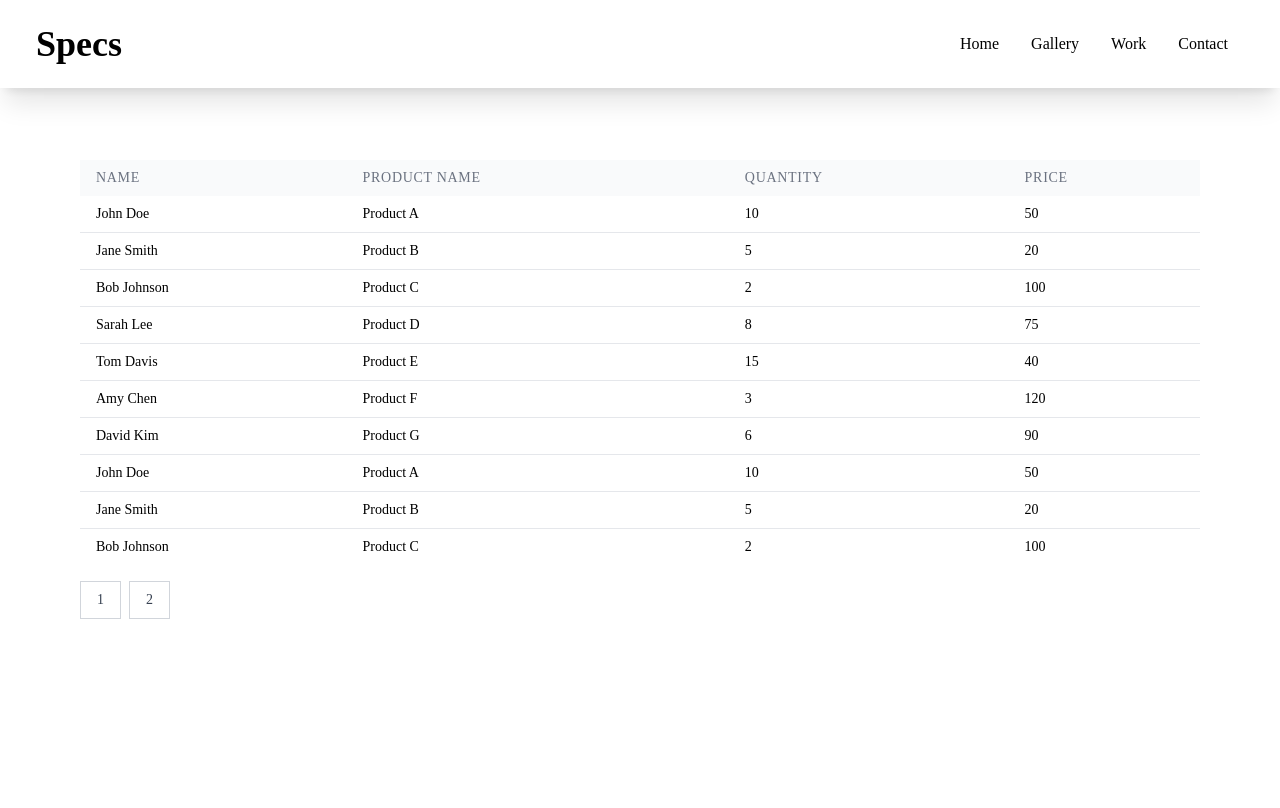
Repository: rushit163/frames-ecommerce
Page: /
The author's editor kept a copy of each file at every save. The page is drawn from the files as they stood at one save, then again after the next save.
The browser window is 1280 px wide. The pictures show the whole page.
The project was rebuilt for these pictures with package versions that can differ from the ones it lists, and the page was loaded fresh each time. The framework's server and built-in components were replaced by stand-ins that run in the browser. Also part of the build but not shown: next.config.js.

Above is the page before, as saved 2023-05-06 07:21:24.

### pages/index.tsx
import Image from 'next/image'
import { Inter } from 'next/font/google';
import Admin_homePage from './Admin_homePage';
const inter = Inter({ subsets: ['latin'] })

export default function Home() {
  return (

      <Admin_homePage/>

  )
}

### styles/globals.css
@tailwind base;
@tailwind components;
@tailwind utilities;

@import url("https://fonts.googleapis.com/css2?family=Playfair+Display:ital,wght@0,400;0,500;0,600;0,700;0,800;0,900;1,400;1,500;1,600;1,700;1,800;1,900&display=swap");

.swiper {
  width: 700px;
  height: 500px;
}

### pages/Admin_homePage.tsx
import Navbar from '@/components/Navbar_Admin';
import React from 'react';
import { useState } from 'react';

const products = [
    {
      id: 1,
      name: 'John Doe',
      productName: 'Product A',
      quantity: 10,
      price: 50.0
    },
    {
      id: 2,
      name: 'Jane Smith',
      productName: 'Product B',
      quantity: 5,
      price: 20.0
    },
    {
      id: 3,
      name: 'Bob Johnson',
      productName: 'Product C',
      quantity: 2,
      price: 100.0
    },
    {
      id: 4,
      name: 'Sarah Lee',
      productName: 'Product D',
      quantity: 8,
      price: 75.0
    },
    {
      id: 5,
      name: 'Tom Davis',
      productName: 'Product E',
      quantity: 15,
      price: 40.0
    },
    {
      id: 6,
      name: 'Amy Chen',
      productName: 'Product F',
      quantity: 3,
      price: 120.0
    },
    {
      id: 7,
      name: 'David Kim',
      productName: 'Product G',
      quantity: 6,
      price: 90.0
    },
    {
      id: 8,
      name: 'John Doe',
      productName: 'Product A',
      quantity: 10,
      price: 50.0
    },
    {
      id: 9,
      name: 'Jane Smith',
      productName: 'Product B',
      quantity: 5,
      price: 20.0
    },
    {
      id: 10,
      name: 'Bob Johnson',
      productName: 'Product C',
      quantity: 2,
      price: 100.0
    },
    {
      id: 11,
      name: 'Sarah Lee',
      productName: 'Product D',
      quantity: 8,
      price: 75.0
    },
    {
      id: 12,
      name: 'Tom Davis',
      productName: 'Product E',
      quantity: 15,
      price: 40.0
    },
    {
      id: 13,
      name: 'Amy Chen',
      productName: 'Product F',
      quantity: 3,
      price: 120.0
    },
    {
      id: 14,
      name: 'David Kim',
      productName: 'Product G',
      quantity: 6,
      price: 90.0
    }
  ];


  const Admin_homePage = () => {
    const [currentPage, setCurrentPage] = useState(1);
    const [itemsPerPage, setItemsPerPage] = useState(10);

    // Logic to get current items
    const indexOfLastItem = currentPage * itemsPerPage;
    const indexOfFirstItem = indexOfLastItem - itemsPerPage;
    const currentItems = products.slice(indexOfFirstItem, indexOfLastItem);

    // Logic to paginate
    const pageNumbers = [];
    for (let i = 1; i <= Math.ceil(products.length / itemsPerPage); i++) {
      pageNumbers.push(i);
    }

    const tableHeight = `${currentItems.length * 8}rem`; // adjust this value to fit your table row height

    const renderPageNumbers = pageNumbers.map(number => {
      return (
        <li
          key={number}
          className={`relative inline-flex items-center px-4 py-2 border border-gray-300 bg-white text-sm font-medium text-gray-700 hover:bg-gray-50 ${currentPage === number ? 'bg-gray-200' : ''}`}
          onClick={() => setCurrentPage(number)}
        >
          {number}
        </li>
      );
    });

    return (
      <>
        <Navbar />
        <div className="flex items-center justify-center h-screen md:pl-20 md:pr-20">
          <div className="w-full h-[80vh] text-sm">
            <table className={`w-full ${tableHeight}`}>
              <thead className="bg-gray-50">
                <tr>
                  <th
                    scope="col"
                    className="px-4 py-2 text-left font-medium text-gray-500 uppercase tracking-wider"
                  >
                    Name
                  </th>
                  <th
                    scope="col"
                    className="px-4 py-2 text-left font-medium text-gray-500 uppercase tracking-wider"
                  >
                    Product Name
                  </th>
                  <th
                    scope="col"
                    className="px-4 py-2 text-left font-medium text-gray-500 uppercase tracking-wider"
                  >
                    Quantity
                  </th>
                  <th
                    scope="col"
                    className="px-4 py-2 text-left font-medium text-gray-500 uppercase tracking-wider"
                  >
                    Price
                  </th>
                </tr>
              </thead>
              <tbody className="bg-white divide-y divide-gray-200">
                {currentItems.length === 0 ? (
                  <tr>
                    <td colSpan="5" className="text-center p-4">
                      <h1>No items present in the table</h1>
                    </td>
                  </tr>
                ) : (
                  currentItems.map((product) => (
                    <tr key={product.id} className="hover:bg-gray-100">
                      <td className="px-4 py-2 whitespace-nowrap">{product.name}</td>
                      <td className="px-4 py-2 whitespace-nowrap">{product.productName}</td>
                      <td className="px-4 py-2 whitespace-nowrap">{product.quantity}</td>
                      <td className="px-4 py-2 whitespace-nowrap">{product.price}</td>
                    </tr>
                  ))
                )}
              </tbody>
            </table>
            <ul className="flex space-x-2 mt-4">{renderPageNumbers}</ul>
          </div>
        </div>
      </>
    );
  };

export default Admin_homePage;

### components/Navbar_Admin.tsx
import Link from 'next/link';
import React, { useState } from 'react';


const Navbar = () => {
  const [nav, setNav] = useState(false);

  const handleNav = () => {
    setNav(!nav);
  };


  return (
    <div className='sticky bg-primary left-0 top-0 w-full ease-in duration-300 shadow-xl'>
      <div className='max-w-[1240px] m-auto flex justify-between items-center p-4 text-black'>
        <Link href='/'>
          <h1  className='font-bold text-4xl'>
            Specs
          </h1>
        </Link>
        <ul className='hidden sm:flex'>
        <li className='p-4'>
            <Link href='/'>Home</Link>
          </li>
          <li className='p-4'>
            <Link href='/#gallery'>Gallery</Link>
          </li>
          <li className='p-4'>
            <Link href='/work'>Work</Link>
          </li>
          <li className='p-4'>
            <Link href='/contact'>Contact</Link>
          </li>
        </ul>

        {/* Mobile Button */}
        <div onClick={handleNav} className='block sm:hidden z-10 cursor-pointer'>
          {nav ? (
            <div>
                <svg xmlns="http://www.w3.org/2000/svg" fill="none" viewBox="0 0 24 24" strokeWidth={1.5} stroke="currentColor" className="w-6 h-6">
                <path strokeLinecap="round" strokeLinejoin="round" d="M6 18L18 6M6 6l12 12" />
                </svg>

            </div>
          ) : (
            <div >
                <svg xmlns="http://www.w3.org/2000/svg" fill="none" viewBox="0 0 24 24" strokeWidth={1.5}  stroke="currentColor" className="w-6 h-6">
                 <path strokeLinecap="round" strokeLinejoin="round" d="M3.75 5.25h16.5m-16.5 4.5h16.5m-16.5 4.5h16.5m-16.5 4.5h16.5" />
                </svg>
            </div>
          )}
        </div>
        {/* Mobile Menu */}
        <div
          className={
            nav
              ? 'sm:hidden absolute top-0 left-0 right-0 bottom-0 flex justify-center items-center w-full h-screen bg-primary bg-opacity-70 backdrop-blur-sm text-center ease-in duration-300'
              : 'sm:hidden absolute top-0 left-[-100%] right-0 bottom-0 flex justify-center items-center w-full h-screen bg-primary text-center ease-in duration-300 bg-opacity-70 backdrop-blur-sm'
          }
        >
          <ul>
            <li onClick={handleNav} className='p-4 text-4xl '>
              <Link href='/'>Products</Link>
            </li>
            <li onClick={handleNav} className='p-4 text-4xl '>
              <Link href='/#gallery'>User</Link>
            </li>
            <li onClick={handleNav} className='p-4 text-4xl '>
              <Link href='/work'>Add products</Link>
            </li>
            {/* <li onClick={handleNav} className='p-4 text-4xl'>
              <Link href='/contact'>Contact</Link>
            </li> */}
          </ul>
        </div>
      </div>
    </div>
  );
};




export default Navbar;

### tailwind.config.js
/** @type {import('tailwindcss').Config} */
module.exports = {
  content: [
    "./pages/**/*.{js,ts,jsx,tsx,mdx}",
    "./components/**/*.{js,ts,jsx,tsx,mdx}",
    "./app/**/*.{js,ts,jsx,tsx,mdx}",
  ],
  theme: {
    extend: {
      colors: {
        primary: "#ffffff",
        secondary: "#7e57c2",
      },
      fontFamily: {
        primary: ["Playfair Display", "serif"],
      },
    },
  },
  plugins: [require("@tailwindcss/forms")],
};

Loaded but not shown: pages/_app.tsx (common file); pages/_document.tsx (common file)

After the next save:
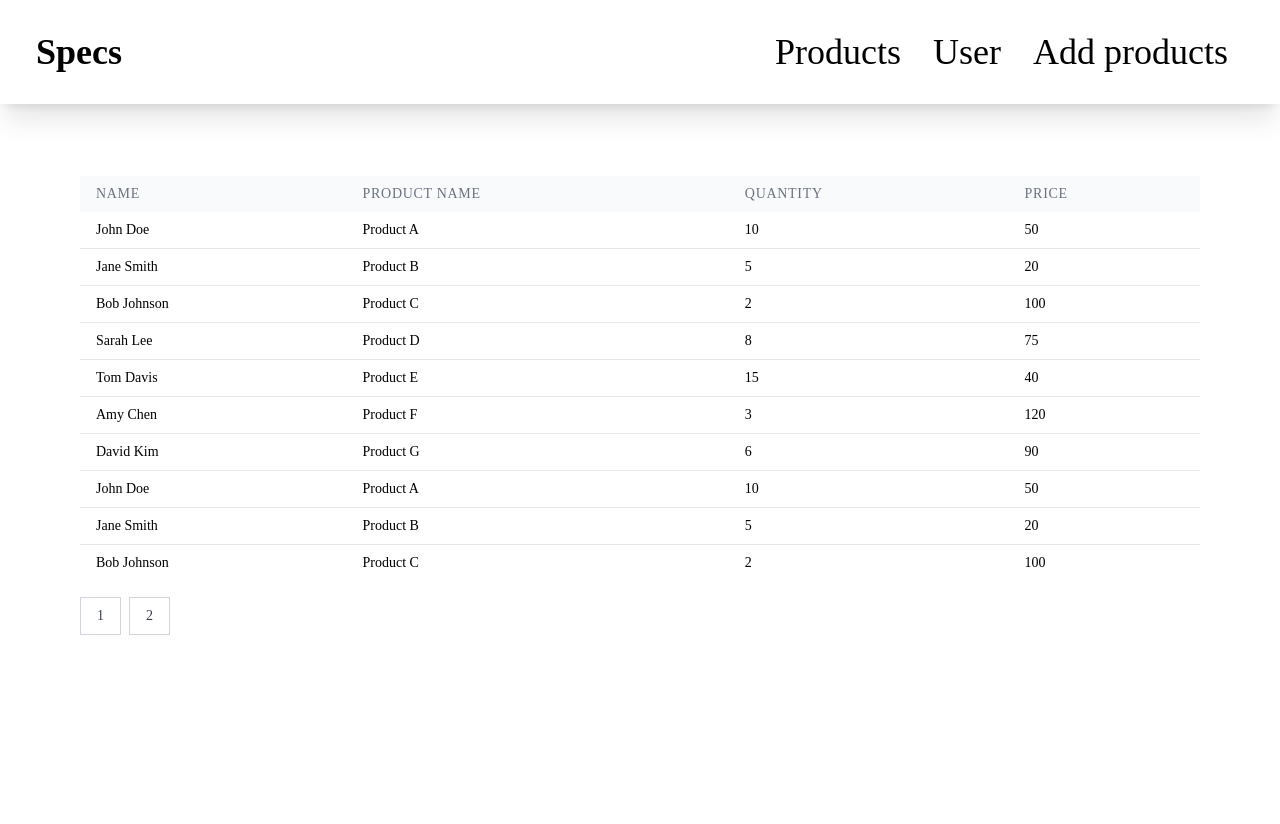
Saved 23 s later.
--- a/components/Navbar_Admin.tsx
+++ b/components/Navbar_Admin.tsx
@@ -19,18 +19,15 @@
           </h1>
         </Link>
         <ul className='hidden sm:flex'>
-        <li className='p-4'>
-            <Link href='/'>Home</Link>
-          </li>
-          <li className='p-4'>
-            <Link href='/#gallery'>Gallery</Link>
-          </li>
-          <li className='p-4'>
-            <Link href='/work'>Work</Link>
-          </li>
-          <li className='p-4'>
-            <Link href='/contact'>Contact</Link>
-          </li>
+        <li onClick={handleNav} className='p-4 text-4xl '>
+              <Link href='/'>Products</Link>
+            </li>
+            <li onClick={handleNav} className='p-4 text-4xl '>
+              <Link href='/#gallery'>User</Link>
+            </li>
+            <li onClick={handleNav} className='p-4 text-4xl '>
+              <Link href='/work'>Add products</Link>
+            </li>
         </ul>
 
         {/* Mobile Button */}

After the save that followed:
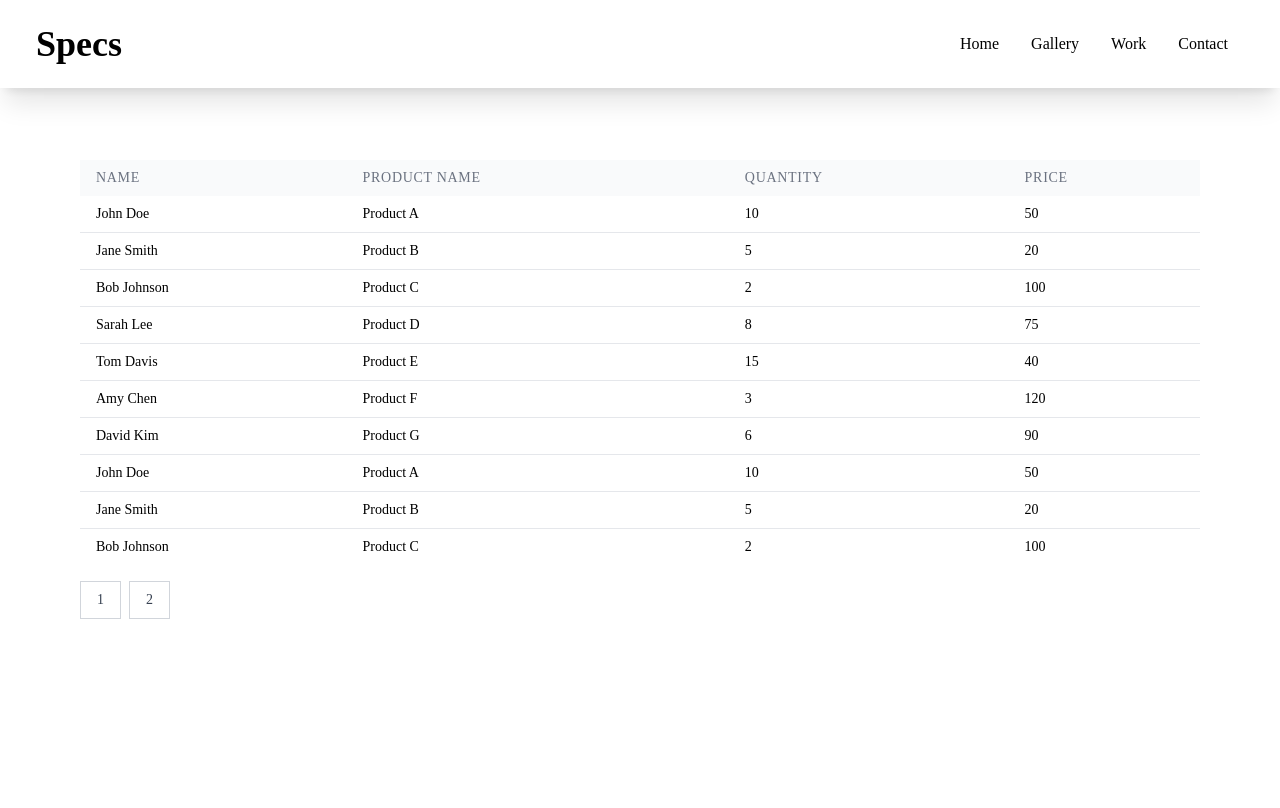
Saved 15 s later.
--- a/components/Navbar_Admin.tsx
+++ b/components/Navbar_Admin.tsx
@@ -19,15 +19,18 @@
           </h1>
         </Link>
         <ul className='hidden sm:flex'>
-        <li onClick={handleNav} className='p-4 text-4xl '>
-              <Link href='/'>Products</Link>
-            </li>
-            <li onClick={handleNav} className='p-4 text-4xl '>
-              <Link href='/#gallery'>User</Link>
-            </li>
-            <li onClick={handleNav} className='p-4 text-4xl '>
-              <Link href='/work'>Add products</Link>
-            </li>
+          <li className='p-4'>
+            <Link href='/'>Home</Link>
+          </li>
+          <li className='p-4'>
+            <Link href='/#gallery'>Gallery</Link>
+          </li>
+          <li className='p-4'>
+            <Link href='/work'>Work</Link>
+          </li>
+          <li className='p-4'>
+            <Link href='/contact'>Contact</Link>
+          </li>
         </ul>
 
         {/* Mobile Button */}
